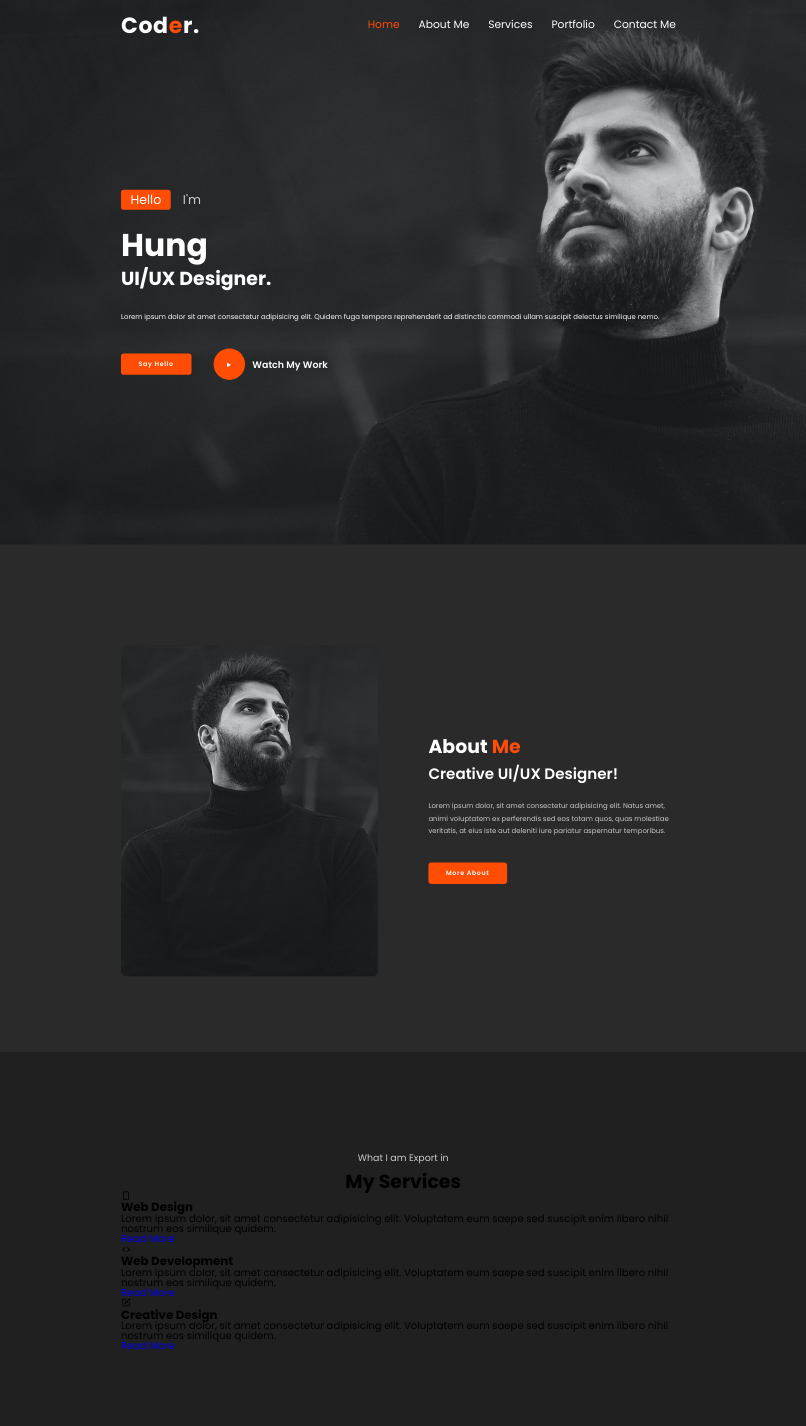
Repository: HungNg99/Protifolio2
Page: Portfolio/index.html
An editor plug-in stored every save of this project. The page is shown before and after the next save, followed by the edit.
The browser window is 1280 px wide. The pictures show the whole page, at 63% of full size.

Above is the page before, as saved 2022-12-11 09:09:19.

### Portfolio/index.html
<!DOCTYPE html>
<html lang="en">

<head>
    <meta charset="UTF-8">
    <meta http-equiv="X-UA-Compatible" content="IE=edge">
    <meta name="viewport" content="width=device-width, initial-scale=1.0">
    <title>Portfolio</title>
    <link rel="stylesheet" href="./reset.css">
    <link rel="stylesheet" href="./style.css">
    <link rel="stylesheet" href="https://cdnjs.cloudflare.com/ajax/libs/font-awesome/6.2.1/css/all.min.css"
        integrity="sha512-MV7K8+y+gLIBoVD59lQIYicR65iaqukzvf/nwasF0nqhPay5w/9lJmVM2hMDcnK1OnMGCdVK+iQrJ7lzPJQd1w=="
        crossorigin="anonymous" referrerpolicy="no-referrer" />

        <link rel="stylesheet"
        href="https://unpkg.com/boxicons@latest/css/boxicons.min.css">

    <link
        href="https://fonts.googleapis.com/css2?family=Montserrat:wght@800&family=Poppins:ital,wght@0,300;0,400;0,600;0,700;1,600&family=Roboto:wght@300;500&display=swap"
        rel="stylesheet">
</head>

<body>
    <!-- header design-->
    <header>
        <a href="#" class="logo">Cod<span>e</span>r.</a>
        <ul class="nav-list">
            <li><a href="#home" class="nav-link active">
                    Home
                </a></li>
            <li><a href="#about" class="nav-link">
                    About Me
                </a></li>
            <li><a href="#services" class="nav-link">
                    Services
                </a></li>
            <li><a href="#portfolio" class="nav-link">
                    Portfolio
                </a></li>
            <li><a href="#contact" class="nav-link">
                    Contact Me
                </a></li>
        </ul>

        <div class="bx bx-menu" id="menu-icon">
        </div>
    </header>

    <!-- home section design -->
    <section class="home" id="home">
       <div class="home-text">
        <div class="slide">
            <span class="one">Hello</span>
            <span class="two">I'm</span>
        </div>
        <h1>Hung</h1>
        <h3>UI/UX <span>Designer.</span> </h3>
        <p>Lorem ipsum dolor sit amet consectetur adipisicing elit. Quidem fuga tempora reprehenderit ad distinctio commodi ullam suscipit delectus similique nemo.</p>
        <div class="button">
            <a href="#" class="btn">Say Hello</a>
            <a href="#" class="btn2"><span><i class='bx bx-play'></i>Watch My Work</span></a>
        </div>
       </div>
    </section>

    <!-- about section design -->
    <section class="about" id="about">
        <div class="about-img">
            <img src="./img/about.jpg" alt="">
        </div>
        <div class="about-text">
            <h2>About <span>Me</span></h2>
            <h4>Creative UI/UX Designer!</h4>
            <p>Lorem ipsum dolor, sit amet consectetur adipisicing elit. Natus amet, animi voluptatem ex perferendis sed eos totam quos, quas molestiae veritatis, at eius iste aut deleniti iure pariatur aspernatur temporibus.</p>
            <a href="#" class="btn">More About</a>
        </div>
    </section>

    <!-- about section design -->
    <section class="services" id="services">
        <div class="main-text">
            <p>What I am Export in</p>
            <h2><span>My</span> Services</h2>
        </div>

        <div class="services-content">
            <div class="box">
                <div class="s-icons">
                    <i class='bx bx-mobile-alt'></i>
                </div>
                <h3>Web Design</h3>
                <p>Lorem ipsum dolor, sit amet consectetur adipisicing elit. Voluptatem eum saepe sed suscipit enim libero nihil nostrum eos similique quidem.</p>
                <a href="#" class="read">Read More</a>
            </div>
            <div class="box">
                <div class="s-icons">
                    <i class='bx bx-code'></i>
                </div>
                <h3>Web Development</h3>
                <p>Lorem ipsum dolor, sit amet consectetur adipisicing elit. Voluptatem eum saepe sed suscipit enim libero nihil nostrum eos similique quidem.</p>
                <a href="#" class="read">Read More</a>
            </div>
            <div class="box">
                <div class="s-icons">
                    <i class='bx bxs-edit'></i>
                </div>
                <h3>Creative Design</h3>
                <p>Lorem ipsum dolor, sit amet consectetur adipisicing elit. Voluptatem eum saepe sed suscipit enim libero nihil nostrum eos similique quidem.</p>
                <a href="#" class="read">Read More</a>
            </div>
        </div>
    </section>
    <script src="./scripts.js"></script>
</body>

</html>

### Portfolio/reset.css
html {
    box-sizing: border-box;
  }
  * {
    margin: 0;
    padding: 0;
  }
  *,
  *:before,
  *:after {
    box-sizing: border-box;
  }
  input,
  textarea,
  select,
  button {
    outline: none;
  }
  input {
    line-height: normal;
  }
  label,
  button {
    cursor: pointer;
  }
  a {
    text-decoration: none;
  }
  img {
    display: block;
    max-width: 100%;
  }
  *,
  *:before,
  *:after {
    box-sizing: border-box;
  }
  /* using rem unit */
  html {
    font-size: 62.5%;
  }
  a {
    text-decoration: none;
  }
  img {
    display: block;
    max-width: 100%;
  }
  body {
    font-family: "Poppins", sans-serif;
    font-size: 16px;
    line-height: 1;
    list-style: none;
    scroll-behavior: smooth;
    /* height: 200vh; */
  }

### Portfolio/style.css
body{
    background-color: var(--bg-color);
}
:root {
    --bg-color: #2a2a2a;
    --second-bg-color: #202020;
    --text-color: #fff;
    --second-color: #ccc;
    --main-color: #ff4d05;
    --big-font: 5rem;
    --h2-font: 3rem;
    --p-font: 1.1rem;
}

header {
    position: fixed;
    width: 100%;
    top: 0;
    right: 0;
    z-index: 1000;
    background: transparent;
    padding: 22px 15%;
    border-bottom: 1px solid transparent;
    transition: all 0.45s ease;
    display: flex;
    justify-content: space-between;
    align-items: center;
}

.logo {
    color: var(--text-color);
    font-size: 35px;
    font-weight: 700;
    letter-spacing: 1px;
}

.logo span {
    color: var(--main-color);
}

.nav-list {
    display: flex;
    list-style: none;
}

.nav-list .nav-link {
    color: var(--text-color);
    margin: 0 15px;
    font-size: 17px;
    font-weight: 500;
    transition: all 0.45s ease;
}

.nav-list .nav-link:hover {
    color: var(--main-color);
}

.nav-list .nav-link.active {
    color: var(--main-color);
}

#menu-icon {
    color: var(--text-color);
    font-size: 35px;
    z-index: 10001;
    cursor: pointer;
    margin-left: 25px;
    display: none;

}

section {
    padding: 160px 15% 120px;
}

.home {
    position: relative;
    background-image: url(./img/background.jpg);
    background-repeat: no-repeat;
    background-position: center;
    background-size: cover;
    height: 120vh;
    width: 100%;
    display: flex;
    align-items: center;
    justify-content: flex-start;
}

.slide {
    margin-bottom: 30px;
}

.one {
    display: inline-block;
    margin-right: 15px;
    height: 32px;
    padding: 0 15px;
    line-height: 32px;
    font-size: 20px;
    font-weight: 500;
    border-radius: 5px;
    background-color: var(--main-color);
    color: var(--text-color);
}

.two {
    display: inline-block;
    color: var(--second-color);
    font-size: 20px;
    font-weight: 500;
}
.home-text h1 {
    font-size: var(--big-font);
    font-weight: 700;
    color: var(--text-color);
    line-height:1.1;
    margin: 0 0 8px;
}
.home-text h3{
    color: var(--text-color);
    margin: 0 0 35px;
    font-size: 3rem;
    font-weight: 700;
    line-height:1.1;
}
.home-text p{
    color: var(--text-color);
    font-size: var(--p-font);
    line-height:1.8;
    margin-bottom: 40px;
}
.button{
    display:flex;
    align-items: center;
    justify-content: flex-start;
}
.btn{
    display: inline-block;
    padding: 12px 28px;
    background: var(--main-color);
    border-radius: 5px;
    color: var(--text-color);
    font-size:1rem;
    letter-spacing: 1px;
    font-weight: 600;
    transition: all 0.45s ease;
}
.btn:hover{
    transform: scale(1.1);
}
.btn2{
    display: inline-flex;
    align-items: center;
    justify-content: center;
    font-size: 15px;
    font-weight:600;
    color: var(--text-color);
    margin-left: 35px;
}
.btn2 span{
    display: inline-flex;
    align-items: center;
    justify-content: center;
}
.btn2 span i{
    margin-right: 12px;
    height: 50px;
    width: 50px;
    border-radius: 50%;
    display: flex;
    align-items: center;
    justify-content: center;
    transition: all 0.45s ease;
    background-color: var(--main-color);
    color: var(--text-color);
}
.btn2 span i:hover{
    transform: scale(1.1);
}
header.sticky{
    background-color: var(--bg-color);
    border-bottom: 1px solid #ffffff1a;
    padding: 12px 15%;
}

.about{
    display: grid;
    grid-template-columns: repeat(2,1fr);
    align-items: center;
    gap: 8rem;
}


.about-img img{
  max-width: 530px;
  height: auto;
  width: 100%;
  border-radius: 8px;
}
.about-text span {
    color: var(--main-color);
}
.about-text h2{
  font-size: var(--h2-font);
  line-height:1;
  color: var(--text-color);
}
.about-text h4{
   font-size: 24px;
   font-weight:600;
   color: var(--text-color);
   line-height:1;
   margin: 15px 0px 30px;
}
.about-text p {
   color: var(--second-color);
   font-size: var(--p-font);
   line-height:1.8;
   margin-bottom: 4rem;
}
.services{

    background-color: var(--second-bg-color);
}
.main-text{
    text-align: center;
}
.main-text p{
    color: var(--second-color);
    font-size: 15px;
    margin-bottom: 15px;
}
.main-text h2{
    font-size:var(--h2-font);
    line-height:1;
}

Loaded but not shown: Portfolio/scripts.js (no copy from this time; the picture is the same without it)

After the next save:
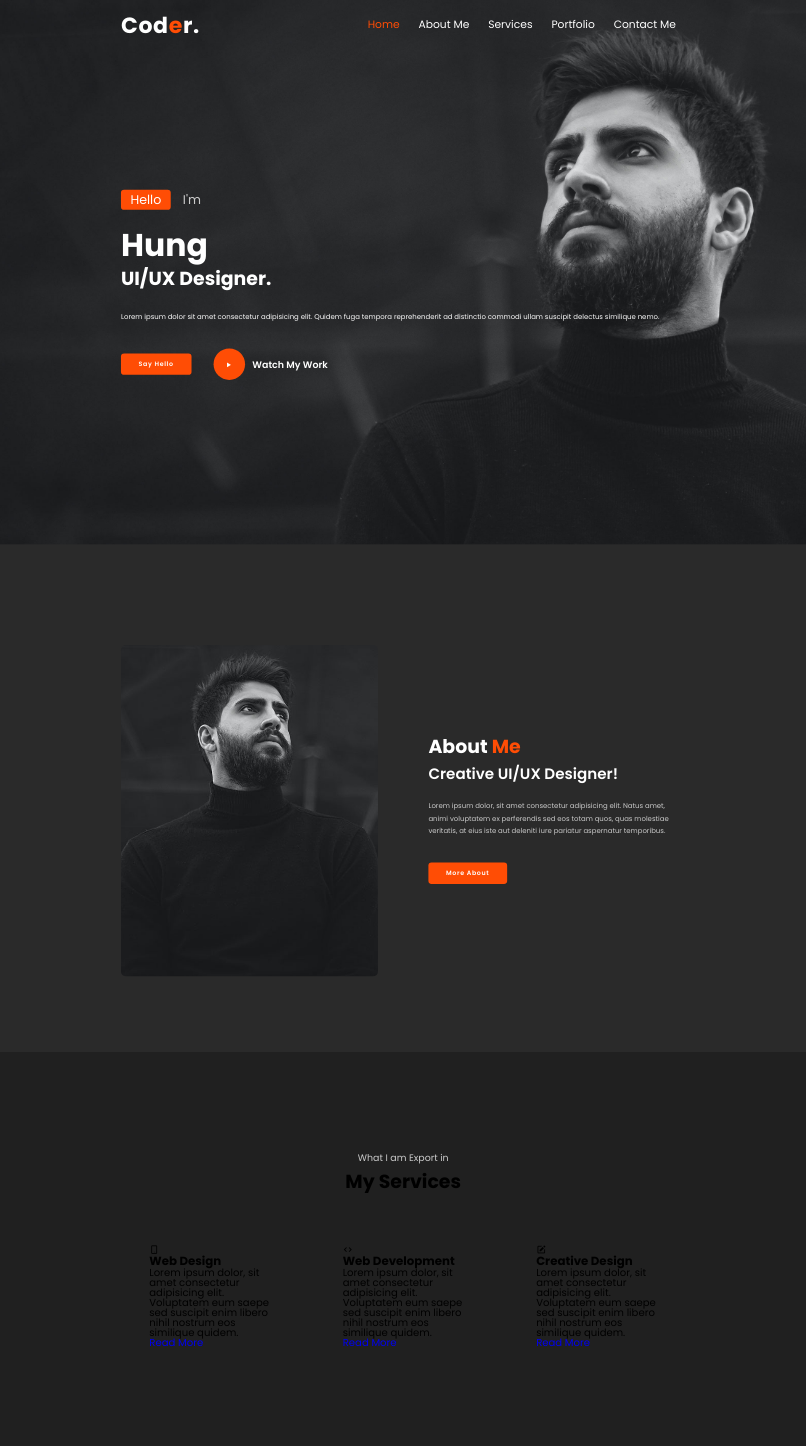
Saved 95 s later.
--- a/Portfolio/style.css
+++ b/Portfolio/style.css
@@ -234,3 +234,15 @@ header.sticky{
     font-size:var(--h2-font);
     line-height:1;
 }
+.services-content{
+    display: grid;
+    grid-template-columns: repeat(3,1fr);
+    align-items: center;
+    gap: 2.5rem;
+    margin-top: 5rem;
+}
+.box{
+    border-radius:8px;
+    padding: 35px 45px;
+    transition: all 0.45s ease;
+}
